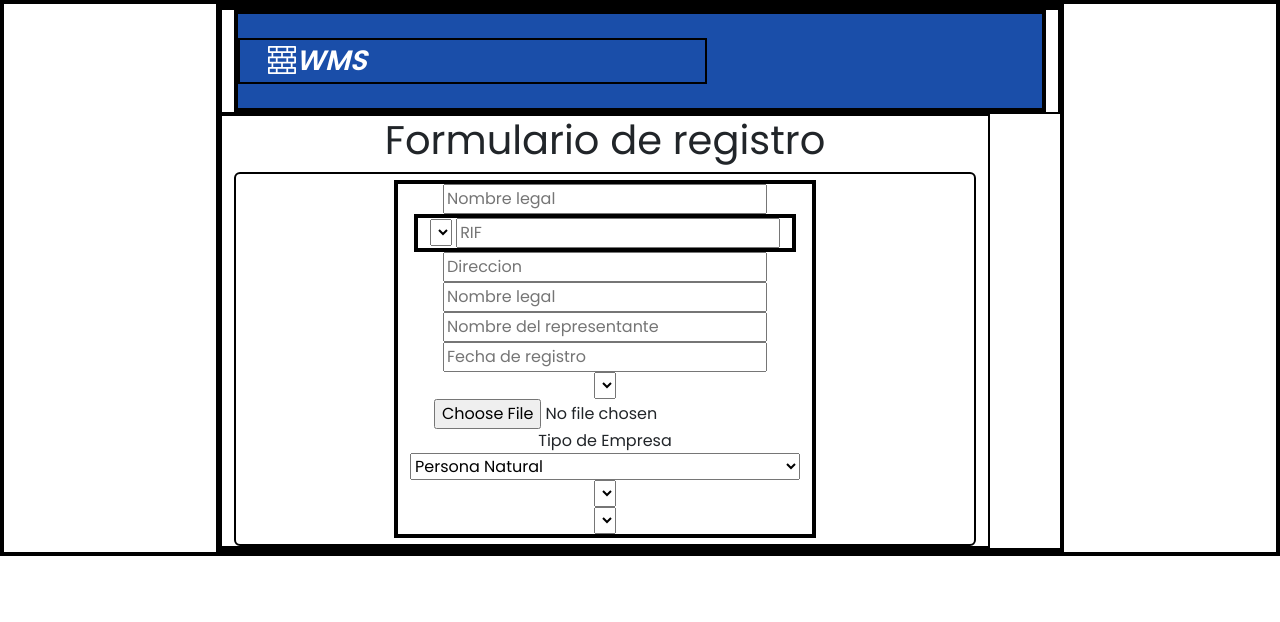
Repository: Rafa-x64/Gestion_inventario_practica
Page: http://localhost/Gestion_inventario/index.php?page=registro-empresa
These files come from the project's save history. The page is drawn as it stood at one moment and after a run of saves; the edit follows.
The browser window is 1280 px wide. The pictures show the whole page.
The page is run by PHP 8.4 with error messages shown; the project is at /var/www/html/.

Above is the page before, as saved 2025-07-22 17:54:35.

### index.php
<?php
require_once "config/app.php";
require_once "controller/vistaC.php";

$controlador = new vistaC();
$controlador->cargarVista();

### config/app.php
<?php

const SERVERURL = "http://localhost/Gestion_inventario/";

const NOMBRE_APLICACION = "WMS";

const MONEDA = ["bolivar" => "Bs.", "dolar" => "$", "euro" => "€", "pesos" => "$", "real" => "R$"];

date_default_timezone_set("America/Caracas");

### controller/vistaC.php
<?php
require_once("./model/vistaM.php"); //debe incluir el codigo del modelo

class vistaC extends vistaM //extiende del modelo para usar sus metodos
{

    public function cargarVista() //funcion que carga la vista segun la url que se obtiene como parametro
    {
        if (isset($_GET["page"])) { //page es el parametro especificado en .htaccess
            $vista = self::obtenerVista($_GET["page"]); //se asigna esa url a vista si esta establecido
        } else {
            $vista = "inicio-view.php"; //se muestra el inicio si no esta establecido el parametro en la url
        }

        require("view/plantilla.php"); //se requiere la plantilla para poder mostrar esa vista
    }
}

### model/vistaM.php
<?php

class vistaM
{
    //metodo que obtiene la vista que se le asigna en $pagina
    protected static function obtenerVista($pagina) //recive una variable pagina
    {
        $paginas_existentes = ["404", "inicio-sesion", "inicio", "registro-empresa"]; //lista de paginas del proyecto
        if (!in_array($pagina, $paginas_existentes)) { //si no esta en el array entonces...
            return "404-view.php"; //pagina de 404
            exit();
        }

        return $pagina . "-view.php"; //retorna $pagina-view para ser abierta por el controlador si esa pagina existe en la lista
    }
}

### view/plantilla.php
    <?php

    //aqui se ejecuta la vista y se muestran los includes si la pagina cumple cierta condicion

    if ($vista != "inicio-view.php" && $vista != "404-view.php" && $vista != "inicio-sesion-view.php" && $vista != "registro-empresa-view.php") {
        include("view/includes/links.php");
        require("view/includes/header.html");
        include("php/" . $vista);
        require("view/includes/footer.html");
        include("view/includes/scripts.php");
    }

    include("view/includes/links.php");
    require("php/" . $vista);
    include("view/includes/scripts.php");

    ?>

### view/includes/links.php
<!DOCTYPE html>
<html lang="en">

<head>
    <meta charset="UTF-8">
    <meta name="viewport" content="width=device-width, initial-scale=1.0">
    <title><?php echo NOMBRE_APLICACION; ?></title>
    <link href="https://cdn.jsdelivr.net/npm/bootstrap@5.3.7/dist/css/bootstrap.min.css" rel="stylesheet"
        integrity="sha384-LN+7fdVzj6u52u30Kp6M/trliBMCMKTyK833zpbD+pXdCLuTusPj697FH4R/5mcr" crossorigin="anonymous">
    <link rel="stylesheet" href="https://cdn.jsdelivr.net/npm/bootstrap-icons@1.10.5/font/bootstrap-icons.css">
    <link rel="stylesheet" href="<?php echo SERVERURL ?>view/css/bordes.css">
    <link rel="stylesheet" href="<?php echo SERVERURL ?>view/css/inicio-view.css">
    <link rel="shortcut icon" href="<?php echo SERVERURL ?>view/images/bootstrap-fill.ico" type="image/x-icon">
    <link rel="stylesheet" href="<?php echo SERVERURL ?>view/css/registro-empresa-view.css">
</head>

<body>

### view/php/registro-empresa-view.php
<style>
    [class*="col"],
    [class*="row"],
    [class*="section"] {
        border: 2px solid black;
    }

    [class*="container"] {
        border: 2px solid black;
    }
</style>
<div class="container-fluid">
    <div class="row d-flex flex-column align-items-center justify-content-center">
        <div class="col-8 align-items-center justify-content-center">
            <div class="row">
                <div class="col">
                    <header id="barra-navegacion">
                        <div class="container-fluid pt">
                            <div class="row flex-row py-4">
                                <div class="col-7 d-flex flex-row justify-content-start">
                                    <i class="bi bi-bricks fs-3 ps-3 text-white">WMS</i>
                                </div>
                            </div>
                        </div>
                    </header>
                </div>
                <div class="col-11 d-flex flex-column align-items-center justify-content-center">
                    <h1>Formulario de registro</h1>
                    <form action="" method="post" class="form-control d-flex flex-column align-items-center justify-content-center">
                        <div class="row d-flex flex-row align-items-center justify-content-center">
                            <div class="col-12 d-flex flex-column align-items-center justify-content-center">
                                <input type="text" name="" id="nombre_legal" placeholder="Nombre legal">
                                <div class="row">
                                    <div class="col-12">
                                        <select name="" id="">
                                            <option value=""></option>
                                            <option value=""></option>
                                            <option value=""></option>
                                            <option value=""></option>
                                            <option value=""></option>
                                            <option value=""></option>
                                        </select>
                                        <input type="text" name="" id="rif" placeholder="RIF">
                                    </div>
                                </div>
                                <input type="text" name="" id="direccion" placeholder="Direccion">
                                <input type="text" name="" id="nombre_legal" placeholder="Nombre legal">
                                <input:mail id="correo" placeholder="Correo electronico"></input:mail>
                                <input type="text" name="" id="nombre_representante" placeholder="Nombre del representante"><input type="text" name="" id="fecha_registro" placeholder="Fecha de registro">
                                <select name="" id="">
                                    <option value=""></option>
                                    <option value=""></option>
                                </select><input type="file" name="" id="logo"><label for="">Tipo de Empresa</label>
                                <select name="tipo_empresa" id="">
                                    <option value="persona_natural">Persona Natural</option>
                                    <option value="sociedad_anonima">Sociedad Anónima (S.A.)</option>
                                    <option value="sociedad_de_responsabilidad_limitada">Sociedad de Responsabilidad Limitada (S.R.L.)</option>
                                    <option value="sociedad_comanditaria">Sociedad Comanditaria</option>
                                    <option value="sociedad_civil">Sociedad Civil</option>
                                    <option value="cooperativa">Cooperativa</option>
                                    <option value="fundacion">Fundación</option>
                                    <option value="comunidad_de_bienes">Comunidad de Bienes</option>
                                    <option value="empresa_del_estado">Empresa del Estado</option>
                                    <option value="comercial">Comercial</option>
                                    <option value="industrial">Industrial</option>
                                    <option value="servicios">Servicios</option>
                                    <option value="agropecuario">Agropecuario</option>
                                    <option value="tecnologico">Tecnológico</option>
                                    <option value="salud">Salud</option>
                                    <option value="educacion">Educación</option>
                                    <option value="transporte">Transporte</option>
                                    <option value="construccion">Construcción</option>
                                    <option value="turismo">Turismo</option>
                                    <option value="financiero">Financiero</option>
                                    <option value="energia">Energía</option>
                                    <option value="local">Local</option>
                                    <option value="regional">Regional</option>
                                    <option value="nacional">Nacional</option>
                                    <option value="multinacional">Multinacional</option>
                                    <option value="transnacional">Transnacional</option>
                                    <option value="microempresa">Microempresa</option>
                                    <option value="pequena">Pequeña</option>
                                    <option value="mediana">Mediana</option>
                                    <option value="grande">Grande</option>
                                    <option value="privada">Privada</option>
                                    <option value="publica">Pública</option>
                                    <option value="mixta">Mixta</option>
                                    <option value="primario">Primario</option>
                                    <option value="secundario">Secundario</option>
                                    <option value="terciario">Terciario</option>
                                    <option value="cuaternario">Cuaternario</option>
                                    <option value="quinario">Quinario</option>
                                </select>
                                <select name="" id="">Moneda
                                    <option value=""></option>
                                    <option value=""></option>
                                    <option value=""></option>
                                </select><select name="" id="">Zona horaria
                                    <option value=""></option>
                                </select>
                            </div>
                        </div>
                    </form>
                </div>
            </div>
        </div>
    </div>
</div>

<?php
include("./controller/registroEmpresaC.php");
$registro = registroEmpresaC::getFormulario($_POST);
?>

### controller/registroEmpresaC.php
<?php

include_once("./model/mainModel.php");
include_once("./model/empresaM.php");

class registroEmpresaC extends mainModel
{

    public static function getFormulario($formulario) {}

    public static function validar_rif()
    {
        /*Se usa el algoritmo Módulo 11, que toma los primeros 9 caracteres y les aplica una
        fórmula ponderada. El resultado final es el dígito verificador que valida el número
        completo.*/
    }
}

### model/mainModel.php
<?php

include_once("./config/server.php");

class mainModel
{

    protected static function conectar_base_datos()
    {
        try {
            $con = new PDO(SGBD, USUARIO, CONSTRASEÑA);
            $con->exec("SET CARACTER SET utf8");
            return $con;
        } catch (PDOException $e) {
            echo $e->getMessage();
        }
    }

    protected static function consulta_simple($sentenciaSQL)
    {
        $operacion = self::conectar_base_datos()->prepare($sentenciaSQL);
        $operacion->execute();
        return $operacion;
    }
}

### config/server.php
<?php

const SGBD = "mysql:host=localhost;dbname=WMS";

const USUARIO = "root";

const CONSTRASEÑA = "";

const METHOD = "AES-256-CBC";

### model/empresaM.php
<?php

include_once("./model/mainModel.php");

class empresaM extends mainModel
{
    private $id_empresa = ""; //crear una funcion que genere el id de la empresa
    private $nombre_legal = "";
    private $rif = ""; //validar que sea un rif valido segun el pais
    private $direccion = "";
    private $contacto = "";
    private $correo = "";
    private $nombre_representante = "";
    private $fecha_registro = ""; //date
    private $estado_condicion = ""; //booleano
    private $logo = ""; //imagen;
    private $tipo_empresa = "";
    private $moneda = ""; //seleccionar las monedas existentes en ./config/server.php
    private $zona_horaria = "";

    public function __construct(
        $nombre_legal,
        $rif,
        $direccion,
        $contacto,
        $correo,
        $nombre_representante,
        $fecha_registro,
        $estado_condicion,
        $logo,
        $tipo_empresa,
        $moneda,
        $zona_horaria
    ) {
        $this->id_empresa = $this->generarIdEmpresa();
        $this->nombre_legal = $nombre_legal;
        $this->rif = $rif;
        $this->direccion = $direccion;
        $this->contacto = $contacto;
        $this->correo = $correo;
        $this->nombre_representante = $nombre_representante;
        $this->fecha_registro = $fecha_registro;
        $this->estado_condicion = $estado_condicion;
        $this->logo = $logo;
        $this->tipo_empresa = $tipo_empresa;
        $this->moneda = $moneda;
        $this->zona_horaria = $zona_horaria;
    }

    private function generarIdEmpresa()
    {
        return uniqid("EMP_");
    }

    public function getIdEmpresa()
    {
        return $this->id_empresa;
    }

    public function getNombreLegal()
    {
        return $this->nombre_legal;
    }

    public function setNombreLegal($nombre_legal)
    {
        $this->nombre_legal = $nombre_legal;
    }

    public function getRif()
    {
        return $this->rif;
    }

    public function setRif($rif)
    {
        $this->rif = $rif;
    }

    public function getDireccion()
    {
        return $this->direccion;
    }

    public function setDireccion($direccion)
    {
        $this->direccion = $direccion;
    }

    public function getContacto()
    {
        return $this->contacto;
    }

    public function setContacto($contacto)
    {
        $this->contacto = $contacto;
    }

    public function getCorreo()
    {
        return $this->correo;
    }

    public function setCorreo($correo)
    {
        $this->correo = $correo;
    }

    public function getNombreRepresentante()
    {
        return $this->nombre_representante;
    }

    public function setNombreRepresentante($nombre_representante)
    {
        $this->nombre_representante = $nombre_representante;
    }

    public function getFechaRegistro()
    {
        return $this->fecha_registro;
    }

    public function setFechaRegistro($fecha_registro)
    {
        $this->fecha_registro = $fecha_registro;
    }

    public function getEstadoCondicion()
    {
        return $this->estado_condicion;
    }

    public function setEstadoCondicion($estado_condicion)
    {
        $this->estado_condicion = $estado_condicion;
    }

    public function getLogo()
    {
        return $this->logo;
    }

    public function setLogo($logo)
    {
        $this->logo = $logo;
    }

    public function getTipoEmpresa()
    {
        return $this->tipo_empresa;
    }

    public function setTipoEmpresa($tipo_empresa)
    {
        $this->tipo_empresa = $tipo_empresa;
    }

    public function getMoneda()
    {
        return $this->moneda;
    }

    public function setMoneda($moneda)
    {
        $this->moneda = $moneda;
    }

    public function getZonaHoraria()
    {
        return $this->zona_horaria;
    }

    public function setZonaHoraria($zona_horaria)
    {
        $this->zona_horaria = $zona_horaria;
    }

    public function __toString()
    {
        return "Empresa: {$this->nombre_legal}, RIF: {$this->rif}, Dirección: {$this->direccion}, Contacto: {$this->contacto}, Correo: {$this->correo}, Representante: {$this->nombre_representante}, Fecha de registro: {$this->fecha_registro}, Estado: {$this->estado_condicion}, Tipo: {$this->tipo_empresa}, Moneda: {$this->moneda}, Zona horaria: {$this->zona_horaria}";
    }
}

### view/includes/scripts.php
</body>

<script src="https://cdn.jsdelivr.net/npm/bootstrap@5.3.7/dist/js/bootstrap.bundle.min.js"
    integrity="sha384-ndDqU0Gzau9qJ1lfW4pNLlhNTkCfHzAVBReH9diLvGRem5+R9g2FzA8ZGN954O5Q"
    crossorigin="anonymous">
</script>

</html>

### view/css/bordes.css
@import url('https://fonts.googleapis.com/css2?family=Poppins:wght@300;400;600&display=swap');

body {
    margin: 0;
    padding: 0;
    font-size: 1rem;
    font-weight: 600;
    font-family: 'Poppins', sans-serif;
}

/*----------comentar para ocultar los bordes visibles--------------*/
[class*="col"],
[class*="row"],
[class*="section"] {
    border: 2px solid black;
}

[class*="container"] {
    border: 2px solid black;
}

### view/css/inicio-view.css
#main {
    background-color: #e5eeff;
}

#barra-navegacion {
    background-color: #1a4ea9;
}

#eslogan {
    color: white;
}

#registro-sesion a {
    text-decoration: none;
    color: white;
    border-radius: 1rem;
}

#registro,
#inicio-sesion {
    border-radius: 1rem;
}



#conocenos h1 {
    color: #1a4ea9;
    font-size: 3.5rem;
    font-weight: bold;
}

#comparativa {
    position: relative;
    background-color: white;
    border-radius: 1rem;
    box-shadow: 0 4px 12px #c5d3e0;
}

.icono-superior {
    position: absolute;
    top: -25px;
    /* sobresale por arriba */
    right: -20px;
    /* sobresale por la izquierda */
    z-index: 9999;
}

#comparativa h1 {
    font-size: 2.5rem;
    font-weight: bold;
}

#comparativa i {
    color: #00923F !important;
}

#comparativa b {
    color: #1a4ea9;
}

Loaded but not shown: view/css/registro-empresa-view.css (no copy from this time; the picture is the same without it)

After the next 4 saves:
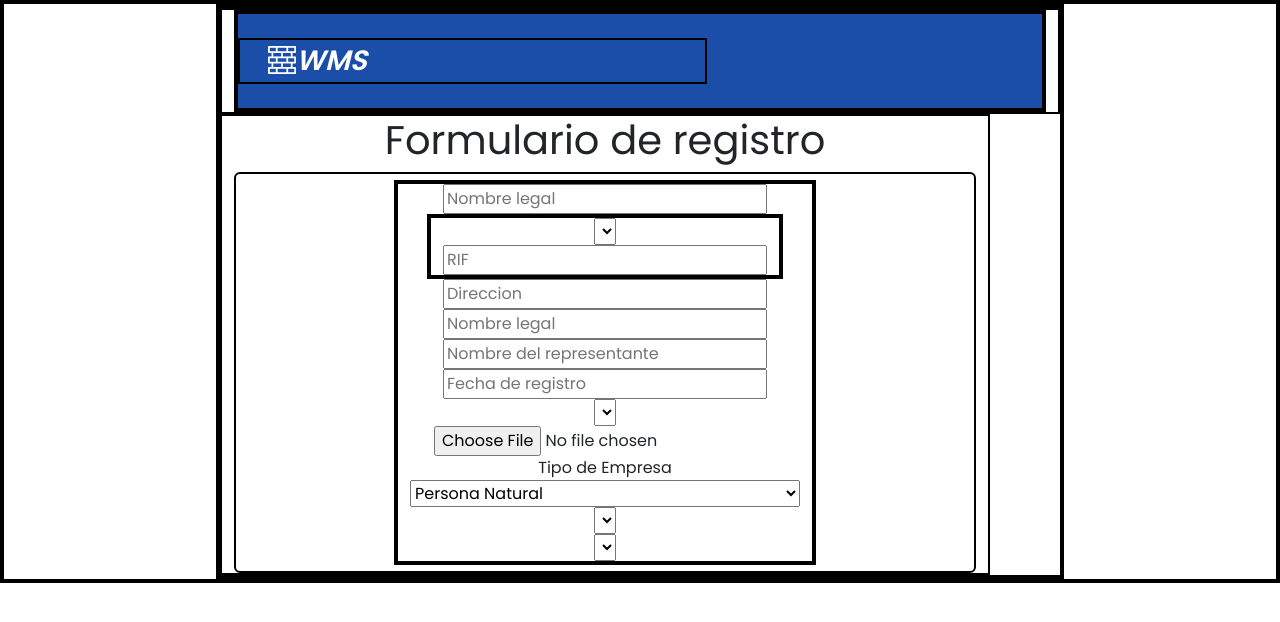
The 4 saves are shown as one change because they came seconds apart.
The last was saved 34 s later.
--- a/view/php/registro-empresa-view.php
+++ b/view/php/registro-empresa-view.php
@@ -31,7 +31,7 @@
                             <div class="col-12 d-flex flex-column align-items-center justify-content-center">
                                 <input type="text" name="" id="nombre_legal" placeholder="Nombre legal">
                                 <div class="row">
-                                    <div class="col-12">
+                                    <div class="col-12 d-flex flex-column align-items-center justify-content-center">
                                         <select name="" id="">
                                             <option value=""></option>
                                             <option value=""></option>

After the 2 saves that followed:
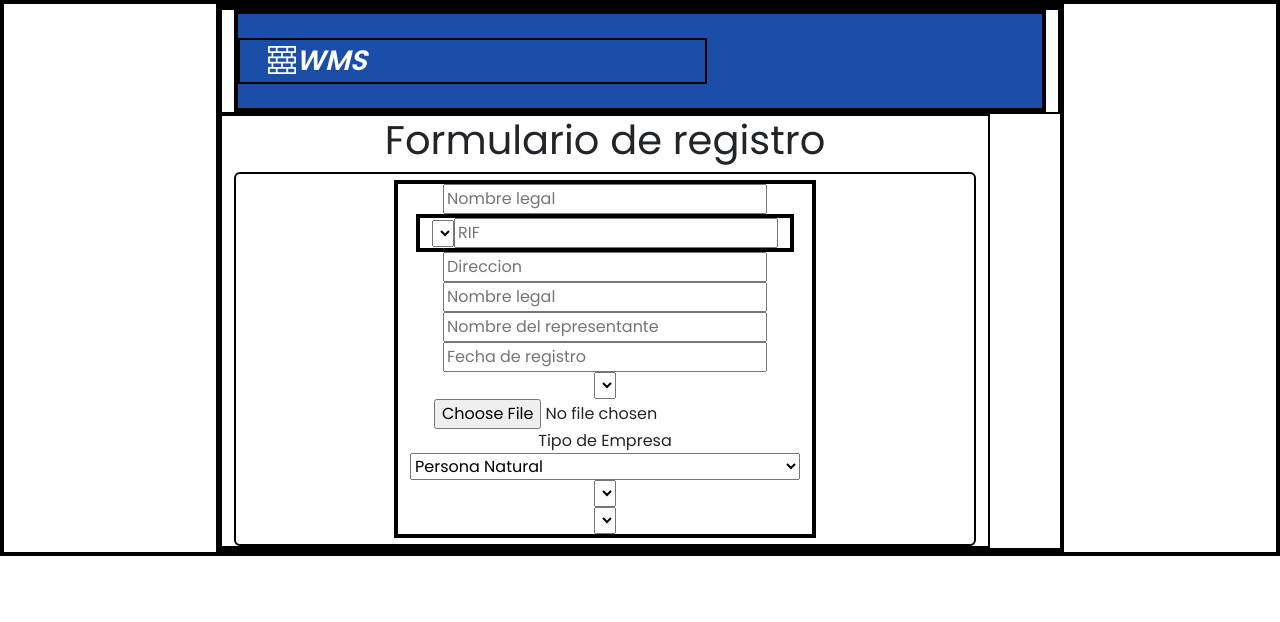
The 2 saves are shown as one change because they came seconds apart.
The last was saved 9 s later.
--- a/view/php/registro-empresa-view.php
+++ b/view/php/registro-empresa-view.php
@@ -31,7 +31,7 @@
                             <div class="col-12 d-flex flex-column align-items-center justify-content-center">
                                 <input type="text" name="" id="nombre_legal" placeholder="Nombre legal">
                                 <div class="row">
-                                    <div class="col-12 d-flex flex-column align-items-center justify-content-center">
+                                    <div class="col-12 d-flex flex-row align-items-center justify-content-center">
                                         <select name="" id="">
                                             <option value=""></option>
                                             <option value=""></option>
